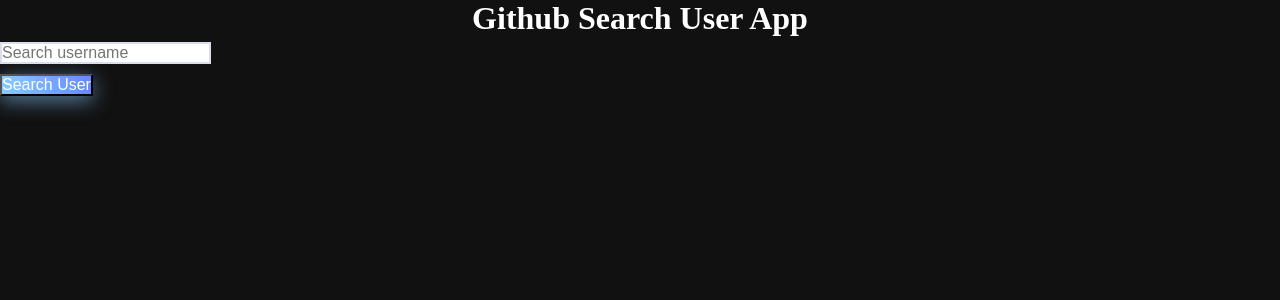
Repository: solox-cyber/Github-search-user
Page: index.html
These files come from the project's save history. The page is drawn as it stood at one moment and after the next save; the edit follows.
The browser window is 1280 px wide. The pictures show the whole page.

Above is the page before, as saved 2023-03-25 18:41:33.

### index.html
<!DOCTYPE html>
<html lang="en">

<head>
    <meta charset="UTF-8">
    <meta http-equiv="X-UA-Compatible" content="IE=edge">
    <meta name="viewport" content="width=device-width, initial-scale=1.0">
    <title>Github Search User Using Github API</title>
    <link rel="stylesheet" href="style.css">
</head>

<body>
    <div class="container">
        <h1>
            Github Search User App
        </h1>
        <form id="myForm" autocomplete="off">
            <div class="form-group">
                <input type="text" name="" class="form-control" placeholder="Search username" id="search" required>
            </div>
            <div class="form-group">
                <button class="btn btn-danger btn-block">
                    Search User
                </button>
            </div>
        </form>

    <div id="result"></div>
    </div>


        <script src="script.js"></script>
</body>

</html>

### style.css
*{
    margin: 0;
    padding: 0;
    box-sizing: border-box;
}

body{
    background-color: #111;
    color: #fff;
}
.container{
   display: block;
    height: 100vh;
    width: 100%;
    top:10%;
    justify-content: center;

}

.container h1{
    text-align: center;
}
}


input,
    button {
      width: 70%;
      border: none;
      padding: 14px;
      border-radius: 3px;
      margin: 3px;
    }

    input {
        border: 2px solid #DADDEC;
        margin: 5px 0 10px;
        font-size: 1rem;
        color: #656880;
      }

      button {
        background-image: linear-gradient(to right, #89CAFF, #6589FF);
        display: block;
        color: #fff;
        font-size: 1rem;
        cursor: pointer;
        box-shadow: 0 5px 20px #89caff94;
        transition: box-shadow .3s ease-in-out;
      }

      button:hover {
        box-shadow: none;
      }

### script.js
var form = document.getElementById("myForm");

form.addEventListener('submit', function(e){
e.preventDefault();

var search = document.getElementById("search").value;

var originalName = search.split(' ').join(' ');

document.getElementById("result").innerHTML = "";
fetch("https://api.github.com/users/"+originalName)
.then(result=>result.json())
.then(data => {
    console.log(data);
    document.getElementById('result').innerHTML =`
   <a target="_blank" href="https://www.github.com/${originalName}"> <img src="${data.avatar_url}"/></a>
    `
})



})

After the next save:
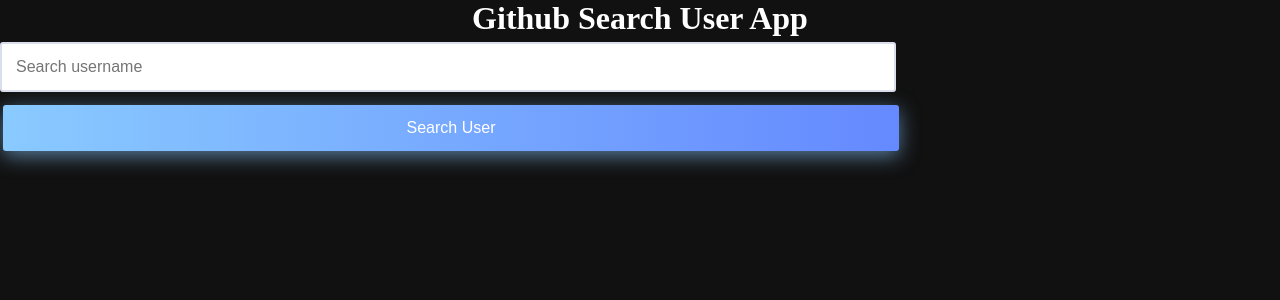
Saved 19 s later.
--- a/style.css
+++ b/style.css
@@ -9,11 +9,10 @@
     color: #fff;
 }
 .container{
-   display: block;
+    margin: 0 auto;
     height: 100vh;
     width: 100%;
     top:10%;
-    justify-content: center;
 
 }
 
@@ -22,6 +21,9 @@
 }
 }
 
+form .form-group{
+    align-items:center;
+}
 
 input,
     button {

After the 2 saves that followed:
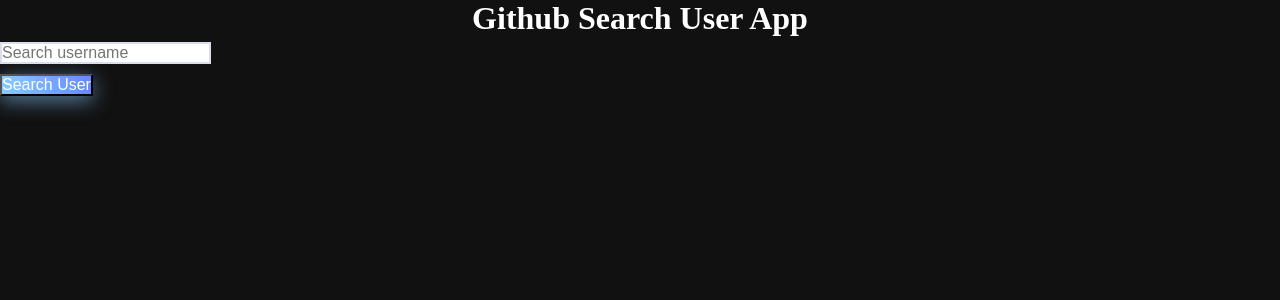
The 2 saves are shown as one change because 1 left the picture as it was.
The last was saved 26 s later.
--- a/style.css
+++ b/style.css
@@ -21,9 +21,7 @@
 }
 }
 
-form .form-group{
-    align-items:center;
-}
+
 
 input,
     button {
